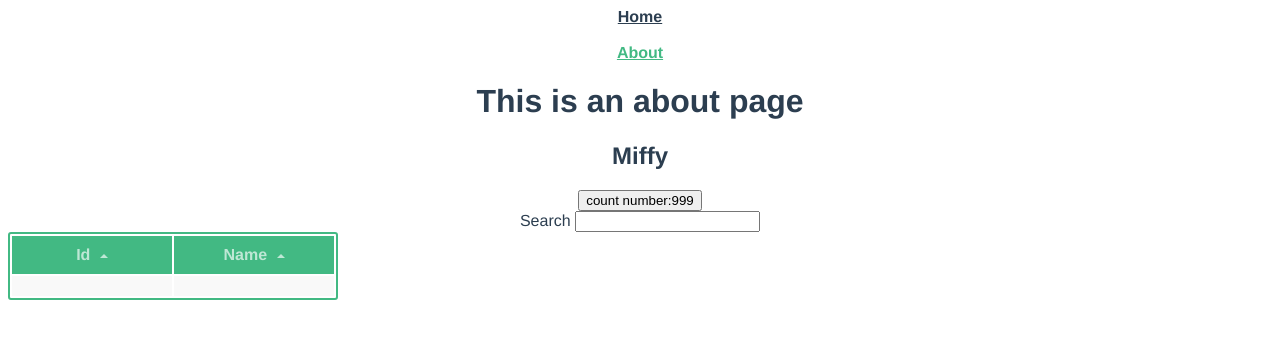
Repository: HaoMiffy/vue3-compisition-Typescript-pinia
Page: /about
The author's editor kept a copy of each file at every save. The page is drawn from the files as they stood at one save, then again after the next save.
The browser window is 1280 px wide. The pictures show the whole page.
The project was rebuilt for these pictures with package versions that can differ from the ones it lists, and the page was loaded fresh each time. Also part of the build but not shown: vue.config.js, src/components/HelloWorld.vue, src/views/HomeView.vue.

Above is the page before, as saved 2022-12-12 14:03:21.

After the next save:
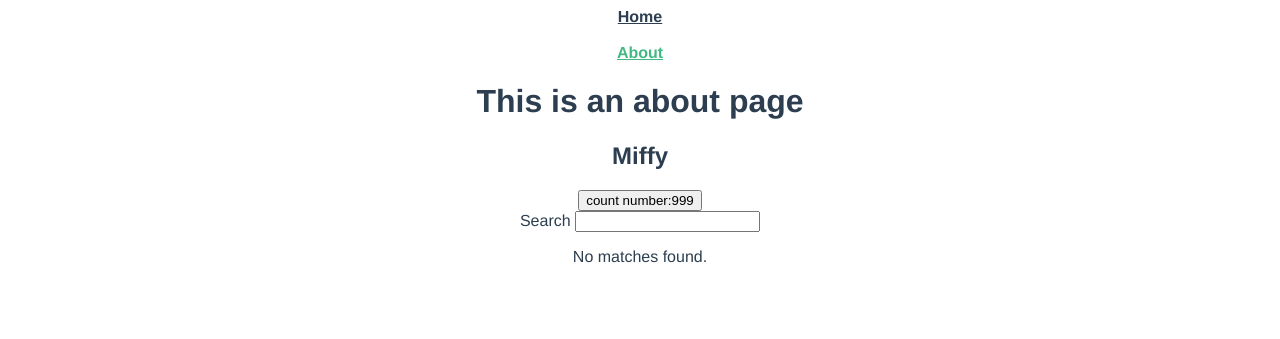
Saved 2 min 18 s later.
--- a/src/views/AboutView.vue
+++ b/src/views/AboutView.vue
@@ -13,6 +13,7 @@
 <script setup>
 import { ref, reactive } from 'vue'
 import { PublicStore } from '@/store/index'
+import { storeToRefs } from "pinia"
 import Table from './table.vue'
 
 
@@ -25,7 +26,7 @@
 
 const searchQuery = ref('')
 const Columns = ['id', 'name']
-const Data = ([
+const Data = storeToRefs([
   store.$state.data
 ])
 

After the 4 saves that followed:
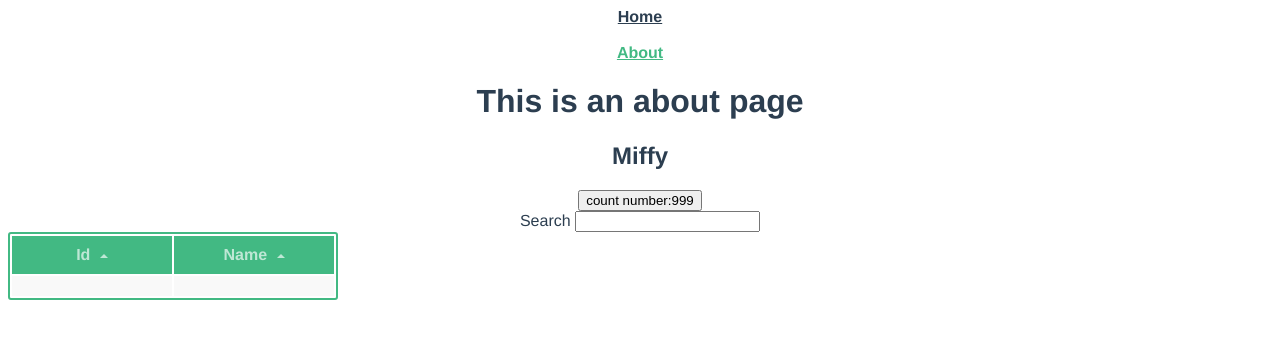
The 4 saves are shown as one change because 1 did not build or start and 2 left the picture as it was.
The last was saved 3 min 40 s later.
--- a/src/views/AboutView.vue
+++ b/src/views/AboutView.vue
@@ -13,7 +13,7 @@
 <script setup>
 import { ref, reactive } from 'vue'
 import { PublicStore } from '@/store/index'
-import { storeToRefs } from "pinia"
+
 import Table from './table.vue'
 
 
@@ -26,7 +26,7 @@
 
 const searchQuery = ref('')
 const Columns = ['id', 'name']
-const Data = storeToRefs([
+const Data = ([
   store.$state.data
 ])
 
